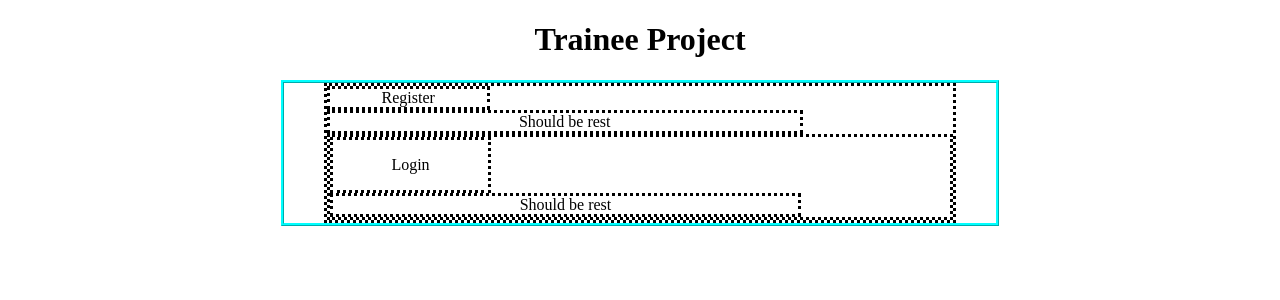
Repository: LsCodeMaster/Training
Page: Trainee/WebContent/trainee.html
The author's editor kept a copy of each file at every save. The page is drawn from the files as they stood at one save, then again after a run of saves.
The browser window is 1280 px wide. The pictures show the whole page.

Above is the page before, as saved 2015-09-15 10:02:26.

### Trainee/WebContent/trainee.html
<!DOCTYPE html>
<html>
<head>
<meta charset="ISO-8859-1">
<title>Trainee Project</title>
<link type = "text/css" href="css/style.css" rel="stylesheet">
</head>
<body>
	<h1>Trainee Project</h1>
	<div class="centeredBox">
		<div class="border">
			<div class="loginType">
				Register
			</div>
			<div class="loginInfo">
				Should be rest
			</div>
		<div>
			<div class="loginType">
				<p>Login</p>
			</div>
			<div class="loginInfo">
				Should be rest
			</div>
		</div>
	</div>
</body>
</html>

### Trainee/WebContent/css/style.css
.centeredBox{
    margin: auto;
	border-style: ridge;
	border-color: aqua;
	width: 50%;
	padding: 40 px;
	padding-left: 40px;
	padding-right: 40px;
	div{
	}
}
.centeredBox div{
	border-style: dotted;
	text-align: center;
}
.centeredBox .loginType{
	width: 25%;
}
.centeredBox .loginInfo{
	width:75%;
}
h1{
    text-align: center;
}
.border{
	border-style: dotted;
}

After the next 2 saves:
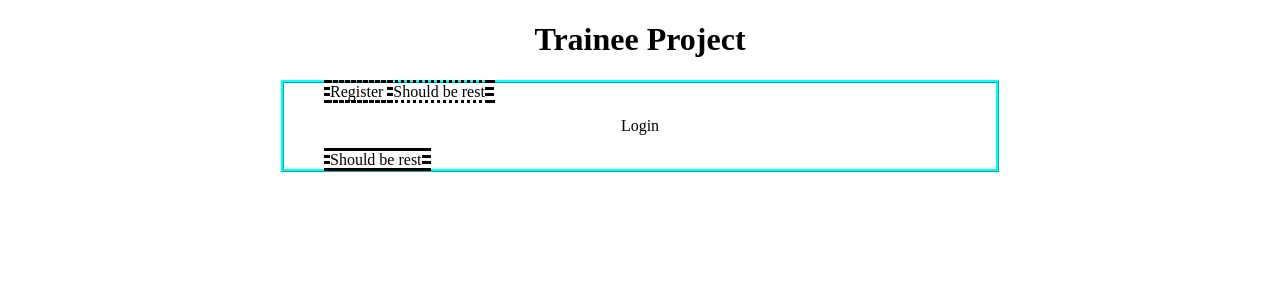
The 2 saves are shown as one change because they came seconds apart.
The last was saved 58 s later.
--- a/Trainee/WebContent/css/style.css
+++ b/Trainee/WebContent/css/style.css
@@ -10,6 +10,7 @@
 	}
 }
 .centeredBox div{
+	display: inline;
 	border-style: dotted;
 	text-align: center;
 }

After the save that followed:
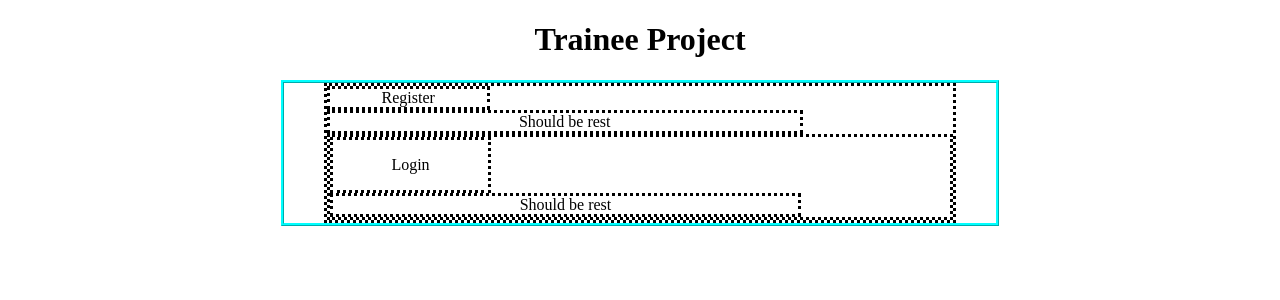
Saved 80 s later.
--- a/Trainee/WebContent/css/style.css
+++ b/Trainee/WebContent/css/style.css
@@ -6,11 +6,9 @@
 	padding: 40 px;
 	padding-left: 40px;
 	padding-right: 40px;
-	div{
-	}
+	overflow: hidden;
 }
 .centeredBox div{
-	display: inline;
 	border-style: dotted;
 	text-align: center;
 }
